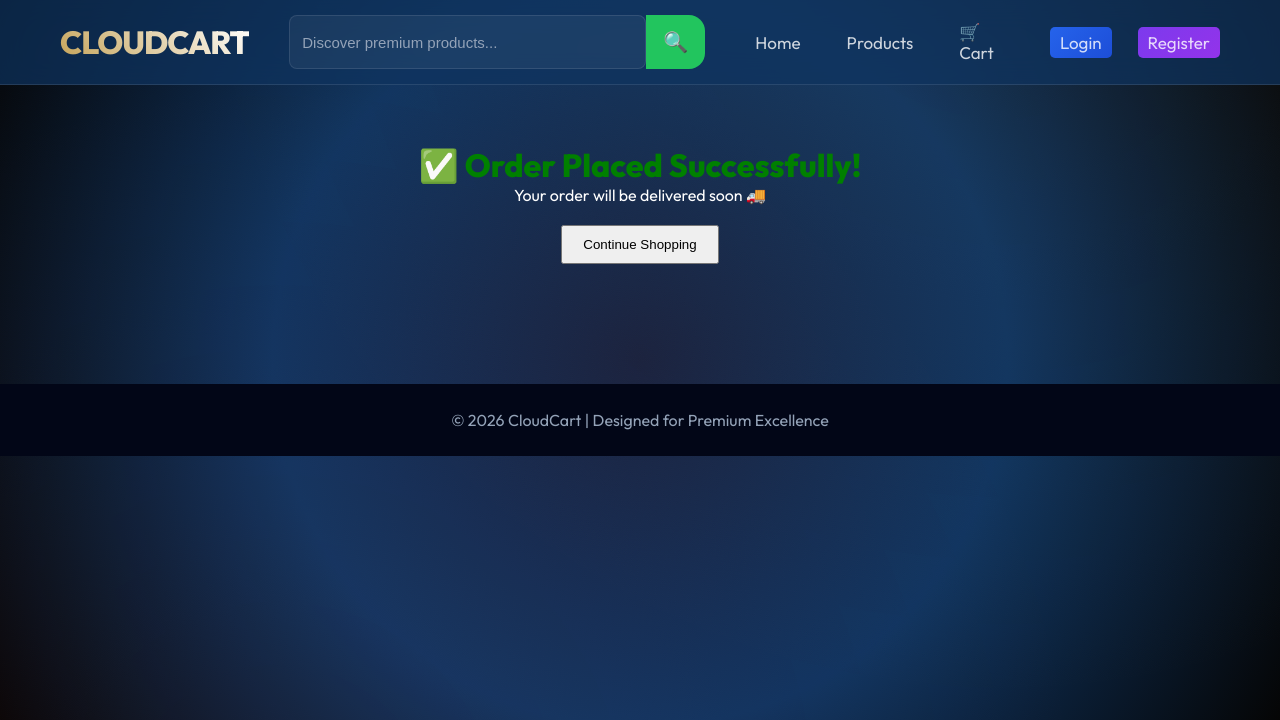
Repository: pradeepkumarh-17/Ecommerce
Page: http://localhost/EcomStore/order-success
The author's editor kept a copy of each file at every save. The page is drawn from the files as they stood at one save, then again after the next save.
The browser window is 1280 px wide. The pictures show the whole page.
Some web libraries are served in a nearby version. The page is served by Tomcat 10.

Above is the page before, as saved 2026-05-08 17:35:39.

After the next save:
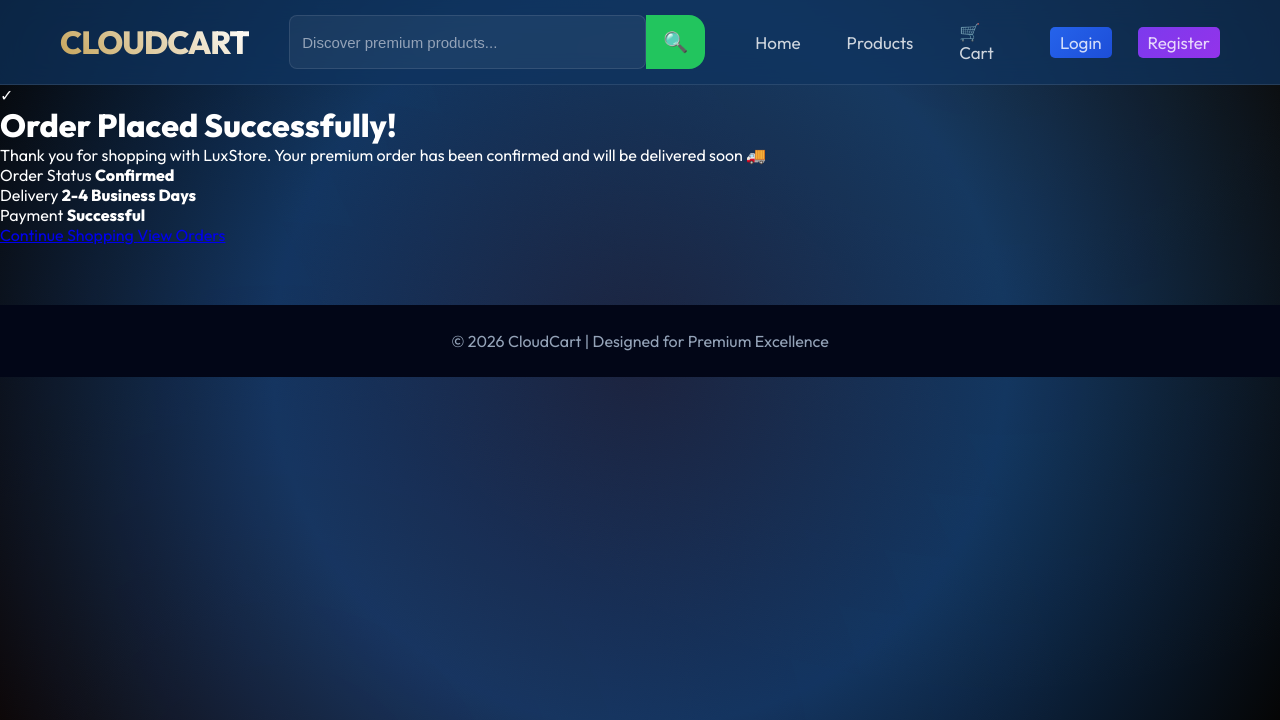
Saved 49 s later.
--- a/EcomStore/src/main/webapp/views/order/success.jsp
+++ b/EcomStore/src/main/webapp/views/order/success.jsp
@@ -1,16 +1,115 @@
+<%@ page contentType="text/html; charset=UTF-8" %>
+
 <%@ include file="../partials/header.jsp" %>
 
-<div style="text-align:center; padding:60px;">
+<link rel="stylesheet"
+href="<%= request.getContextPath() %>/assets/css/checkout.css">
 
-    <h1 style="color:green;">&#9989; Order Placed Successfully!</h1>
+<div class="success-page">
 
-    <p>Your order will be delivered soon &#128666;</p>
+    <div class="success-card">
 
-    <br>
+        <!-- SUCCESS ICON -->
 
-    <a href="/EcomStore/product">
-        <button style="padding:10px 20px;">Continue Shopping</button>
-    </a>
+        <div class="success-icon">
+
+            ✓
+
+        </div>
+
+        <!-- TITLE -->
+
+        <h1>
+
+            Order Placed Successfully!
+
+        </h1>
+
+        <!-- MESSAGE -->
+
+        <p>
+
+            Thank you for shopping with LuxStore.
+            Your premium order has been confirmed
+            and will be delivered soon 🚚
+
+        </p>
+
+        <!-- ORDER INFO -->
+
+        <div class="success-info">
+
+            <div class="success-row">
+
+                <span>
+
+                    Order Status
+
+                </span>
+
+                <strong>
+
+                    Confirmed
+
+                </strong>
+
+            </div>
+
+            <div class="success-row">
+
+                <span>
+
+                    Delivery
+
+                </span>
+
+                <strong>
+
+                    2-4 Business Days
+
+                </strong>
+
+            </div>
+
+            <div class="success-row">
+
+                <span>
+
+                    Payment
+
+                </span>
+
+                <strong>
+
+                    Successful
+
+                </strong>
+
+            </div>
+
+        </div>
+
+        <!-- BUTTONS -->
+
+        <div class="success-actions">
+
+            <a href="<%= request.getContextPath() %>/product"
+               class="success-btn">
+
+                Continue Shopping
+
+            </a>
+
+            <a href="<%= request.getContextPath() %>/orders"
+               class="track-btn">
+
+                View Orders
+
+            </a>
+
+        </div>
+
+    </div>
 
 </div>
 
